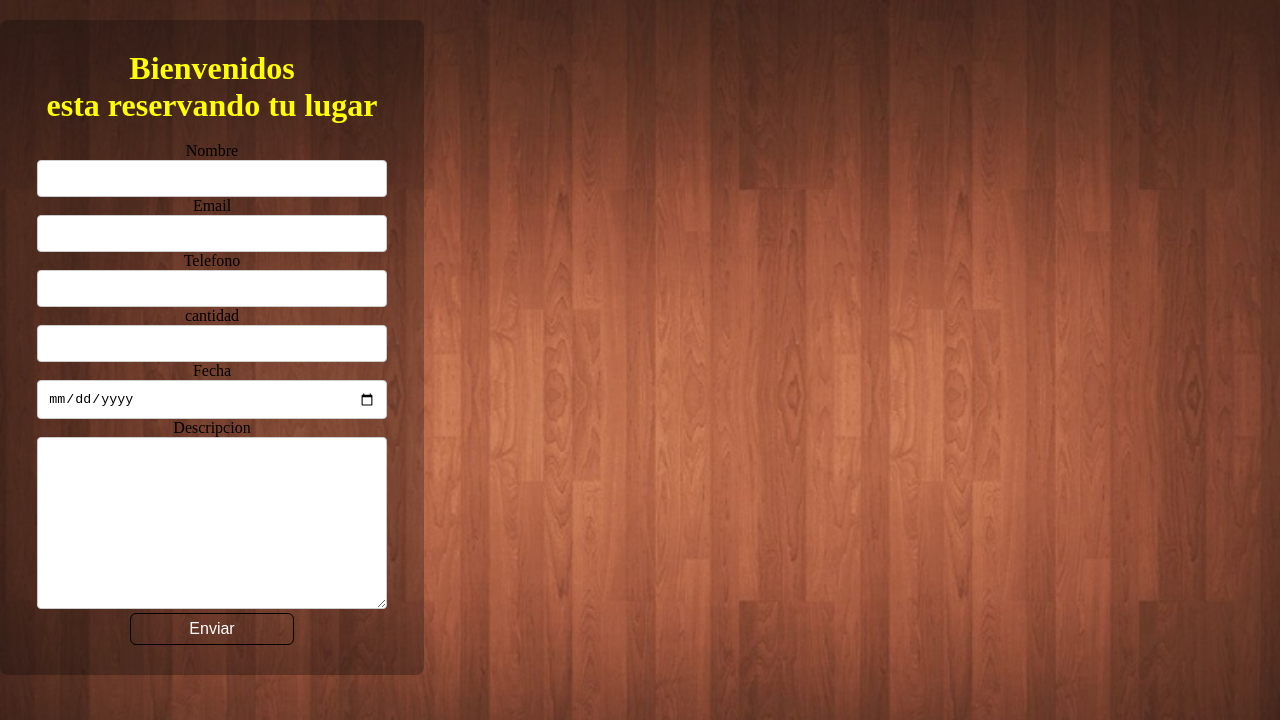
Repository: ye909/aplicacion_restaurante
Page: public/templeis/reserva.html
The author's editor kept a copy of each file at every save. The page is drawn from the files as they stood at one save, then again after the next save.
The browser window is 1280 px wide. The pictures show the whole page.

Above is the page before, as saved 2024-10-30 22:50:19.

After the next save:
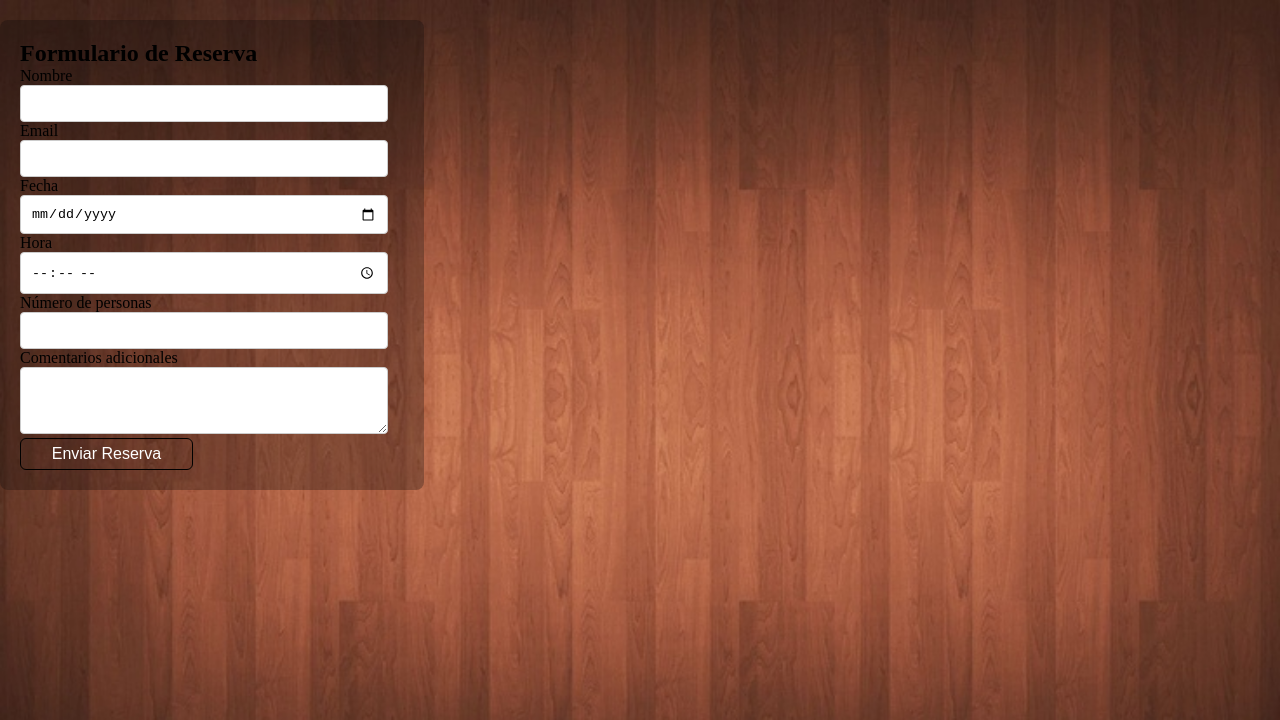
Not found: public/templeis/script.js
Saved 118 s later.
--- a/public/templeis/reserva.html
+++ b/public/templeis/reserva.html
@@ -1,53 +1,48 @@
-<!DOCTYPE html>
-<html lang="en">
 
+    <!DOCTYPE html>
+<html lang="es">
 <head>
-    <meta charset="UTF-8">
-    <meta name="viewport" content="width=device-width, initial-scale=1.0">
-    <link rel="stylesheet" href="../css/reserva.css">
-    <title>Document</title>
-</head>
-
-<body>
+  <meta charset="UTF-8">
+  <meta name="viewport" content="width=device-width, initial-scale=1.0">
+  <title>Formulario de Reserva</title>
+  <link rel="stylesheet" href="../css/reserva.css">
 
 
-    <div class="container">
+</head>
+<body>
+  <div class="container">
+    <h2 class="title">Formulario de Reserva</h2>
+    <form id="reservaForm" class="form">
+      <div class="form-group">
+        <label for="nombre">Nombre</label>
+        <input type="text" id="nombre" name="nombre" required>
+      </div>
+      <div class="form-group">
+        <label for="email">Email</label>
+        <input type="email" id="email" name="email" required>
+      </div>
+      <div class="form-group inline-group">
+        <div>
+          <label for="fecha">Fecha</label>
+          <input type="date" id="fecha" name="fecha" required>
+        </div>
+        <div>
+          <label for="hora">Hora</label>
+          <input type="time" id="hora" name="hora" required>
+        </div>
+      </div>
+      <div class="form-group">
+        <label for="personas">Número de personas</label>
+        <input type="number" id="personas" name="personas" min="1" required>
+      </div>
+      <div class="form-group">
+        <label for="comentarios">Comentarios adicionales</label>
+        <textarea id="comentarios" name="comentarios" rows="3"></textarea>
+      </div>
+      <button type="submit" class="submit-button">Enviar Reserva</button>
+    </form>
+  </div>
 
-
-        <div class="container_rererva">
-
-            <form action="">
-                <h1>Bienvenidos <br>esta reservando tu lugar</h1><br>
-                <label for="">Nombre </label><br>
-                <input type="text" required>
-
-                <br>
-                <label for="">Email<br>
-                    <input type="text">
-                </label>
-                <br>
-                <label for="">Telefono<br>
-                    <input type="text" required>
-                </label>
-                <br>
-                <label for="">cantidad<br>
-                    <input type="number">
-                </label>
-                <br>
-                <label for="">Fecha<br>
-                    <input type="date">
-                </label>
-                <br>
-                <label for="">Descripcion<br>
-                    <textarea name="" id="" cols="40" rows="10"></textarea>
-                </label>
-                <br>
-
-                <button class="submit-button">Enviar</button>
-            </form>
-        </div>
-    </div>
-
+  <script src="script.js"></script>
 </body>
-
 </html>
